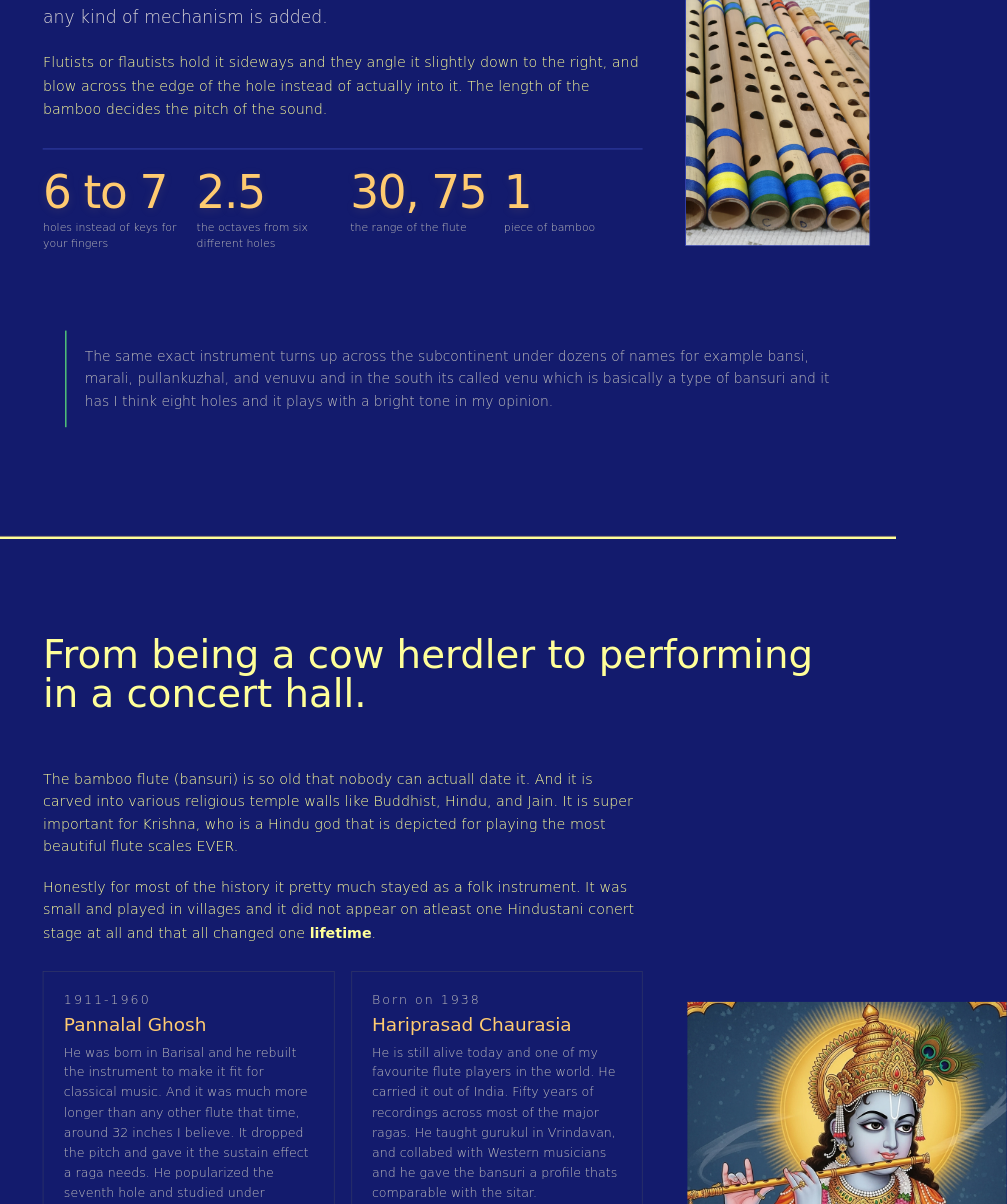
Repository: manayparikh1/Bansi
Page: index.html
The author's editor kept a copy of each file at every save. The page is drawn from the files as they stood at one save, then again after the next save.
The browser window is 1280 px wide. The page is 1438 px wide, so the pictures cover 1438 px, including what lies to the right of the window. The pictures show the part of the page from y = 1355 to 3075 px (the page is 7240 px tall before and 7562 px after), at 70% of full size.

Above is the page before, as saved 2026-10-12 11:48:57.

After the next save:
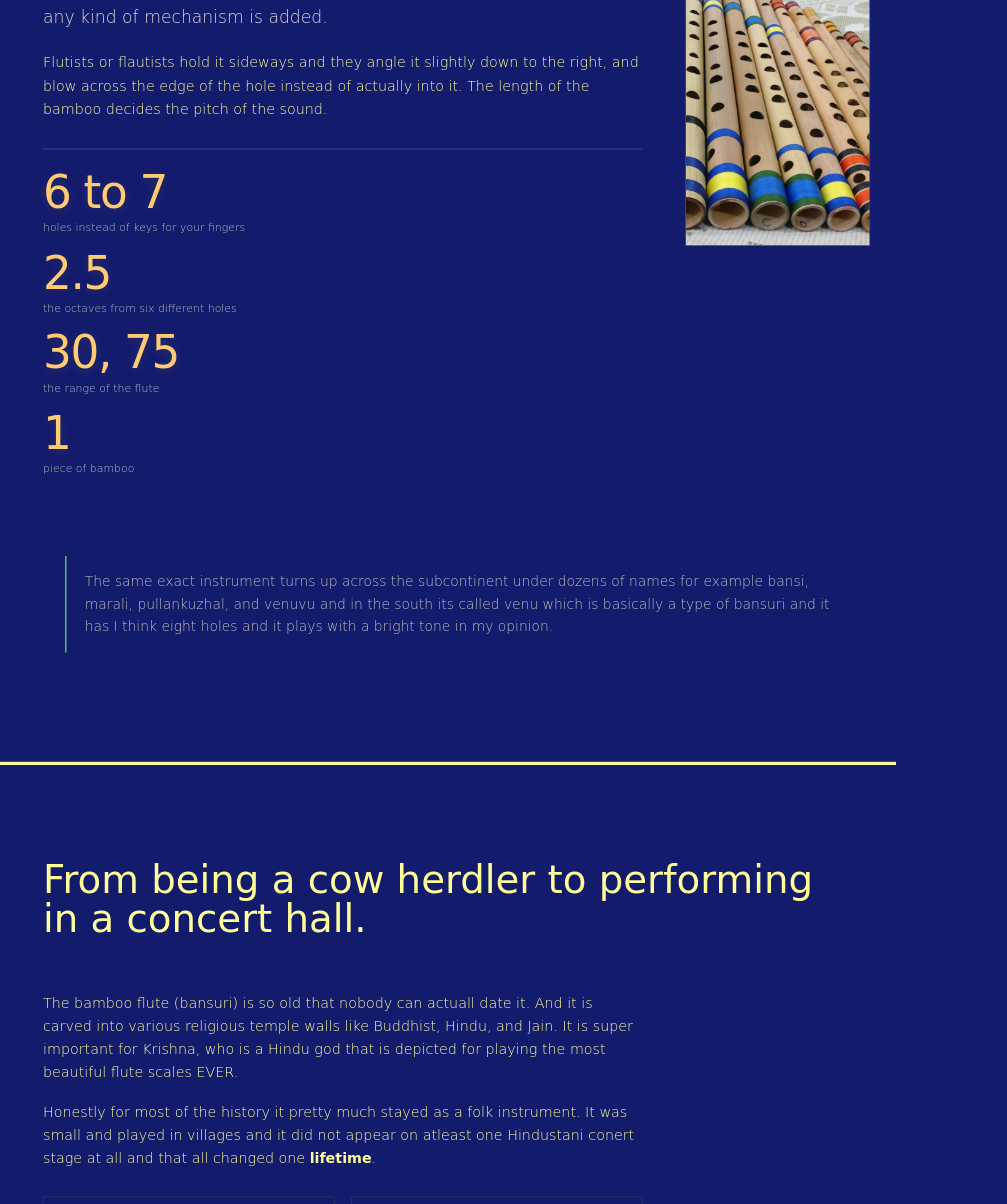
Saved 2 min 4 s later.
--- a/styled.css
+++ b/styled.css
@@ -27,9 +27,7 @@ h2 {
 
 .facts {
     display: grid;
-    grid-template-columns: repeat(auto-fit, minmax(min(130px, 100%), 1fr));
     gap: 18px;
-
     margin-top: 34px;
     margin-bottom: 4px;
     padding-top: 26px;
